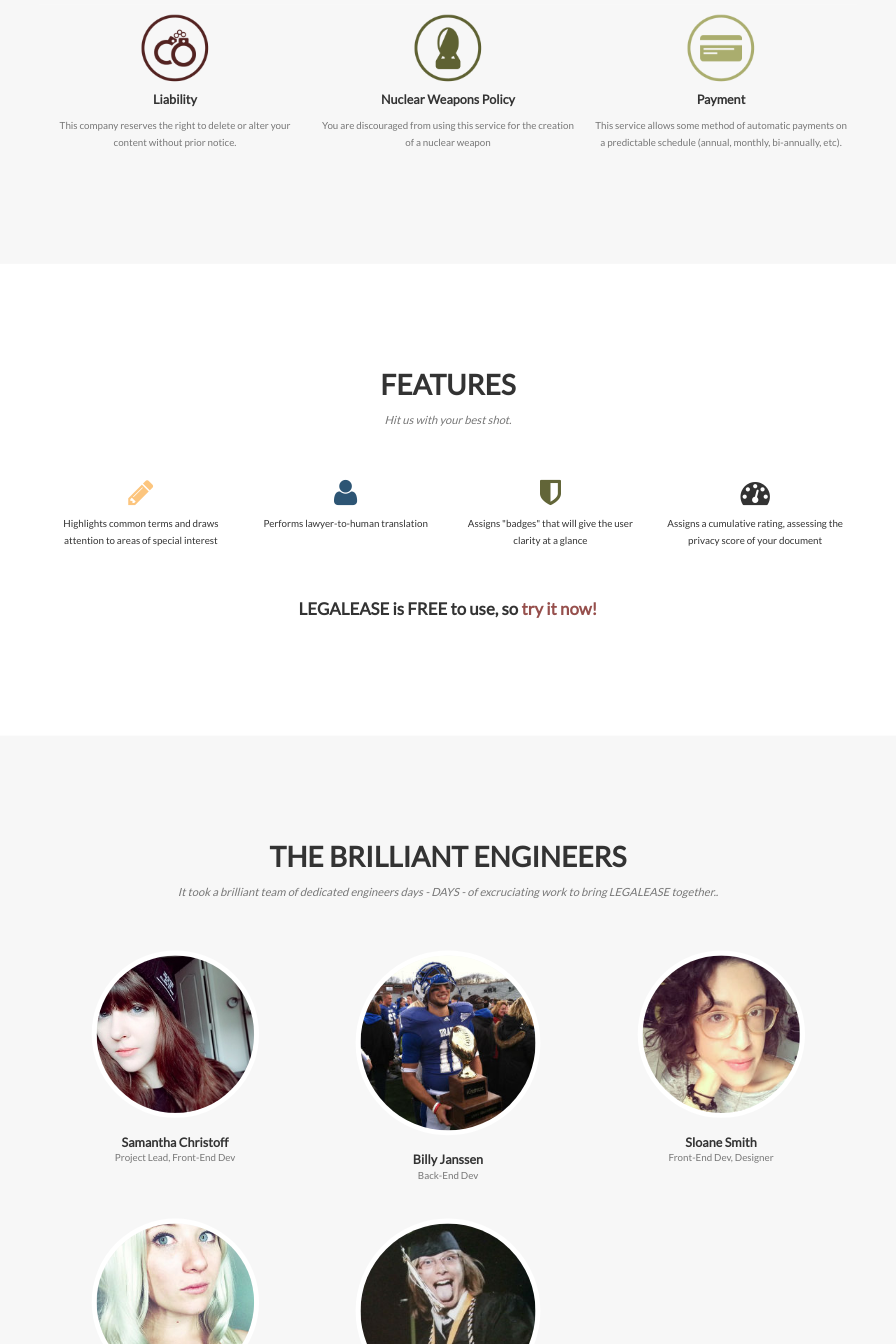
Repository: originalphoenix/LegalWeapon4
Page: index.html
The author's editor kept a record of every edit. The page is drawn from the files as they stood at one moment, then again after the next edit.
The browser window is 1280 px wide. The pictures show the part of the page from y = 2267 to 4187 px (the page is 5195 px tall before and 5251 px after), at 70% of full size.
A picture or video elsewhere on the page could not be fetched, so the positions and the page height are approximate. Some web fonts or font styles are not loaded; a fallback is used. Some web libraries are served in a nearby version.

Above is the page before.

After the next edit:
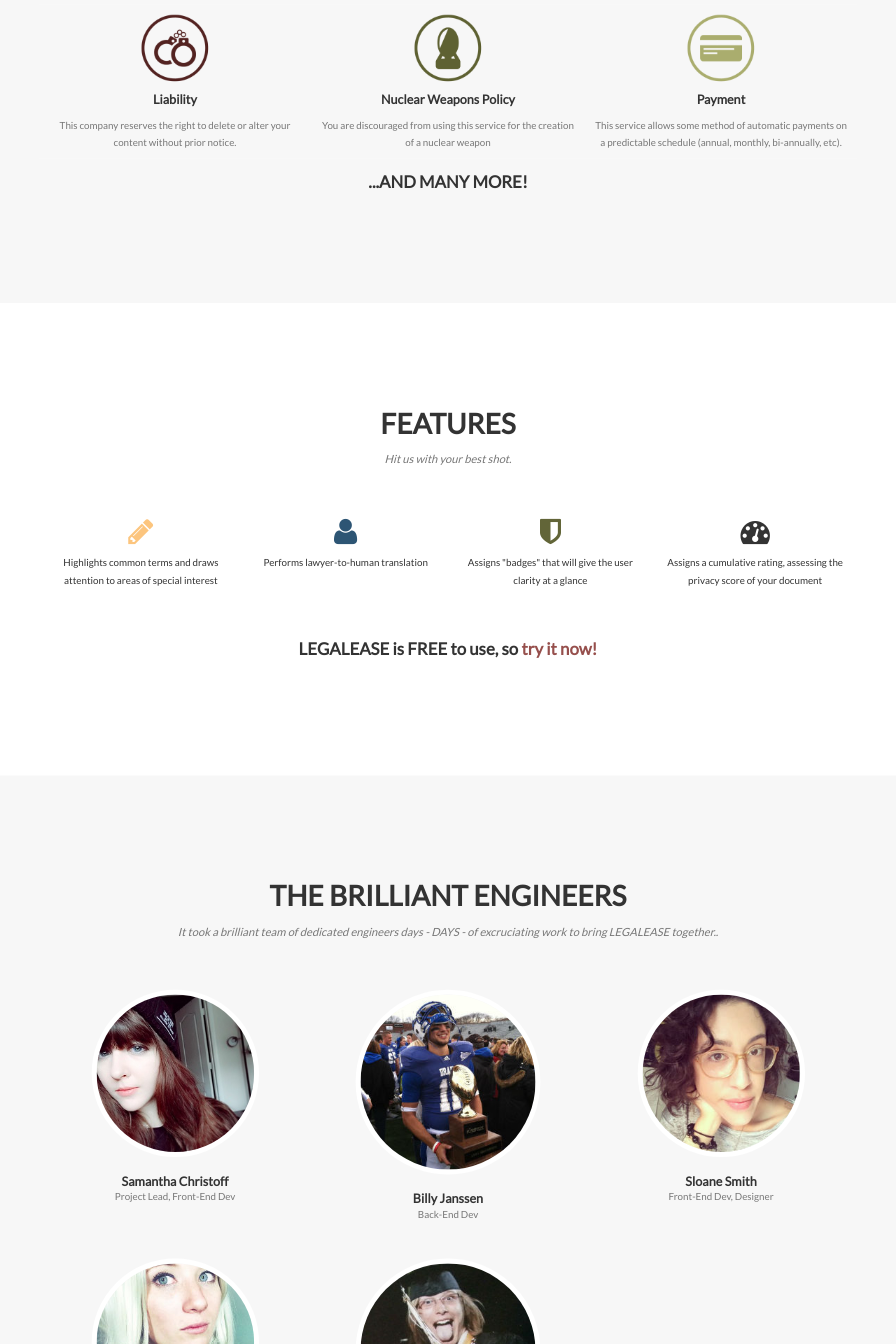
The edit:
--- a/index.html
+++ b/index.html
@@ -146,6 +146,11 @@
                     </span>
                     <h4 class="service-heading">Payment</h4>
                     <p class="text-muted">This service allows some method of automatic payments on a predictable schedule (annual, monthly, bi-annually, etc).</p>
+                </div>
+            </div>
+            <div class="row">
+                <div class="col-lg-12 text-center bg-light-gray">
+                <h3>...and many more!</h3>
                 </div>
             </div>
         </div>
